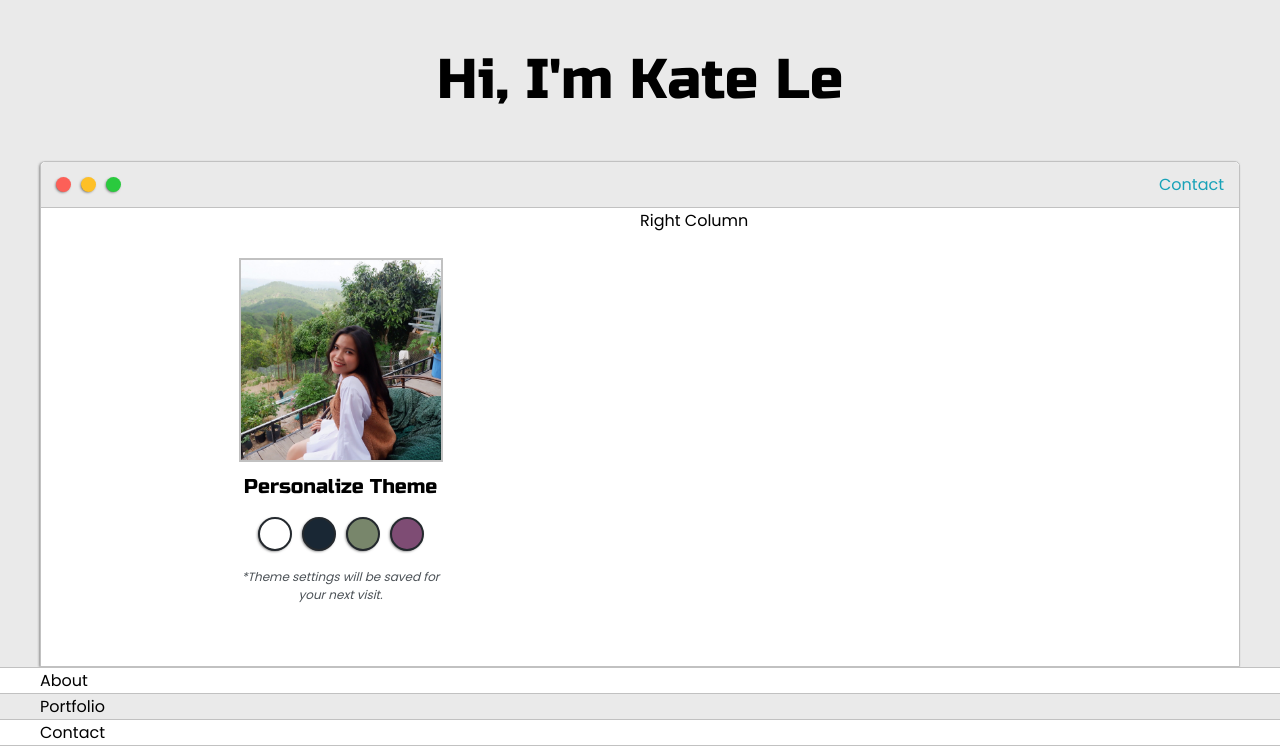
Repository: kate30980/my-persponal-website
Page: index.html
These files come from the project's save history. The page is drawn as it stood at one moment and after the next save; the edit follows.
The browser window is 1280 px wide. The pictures show the whole page.

Above is the page before, as saved 2021-08-26 21:25:10.

After the next save:
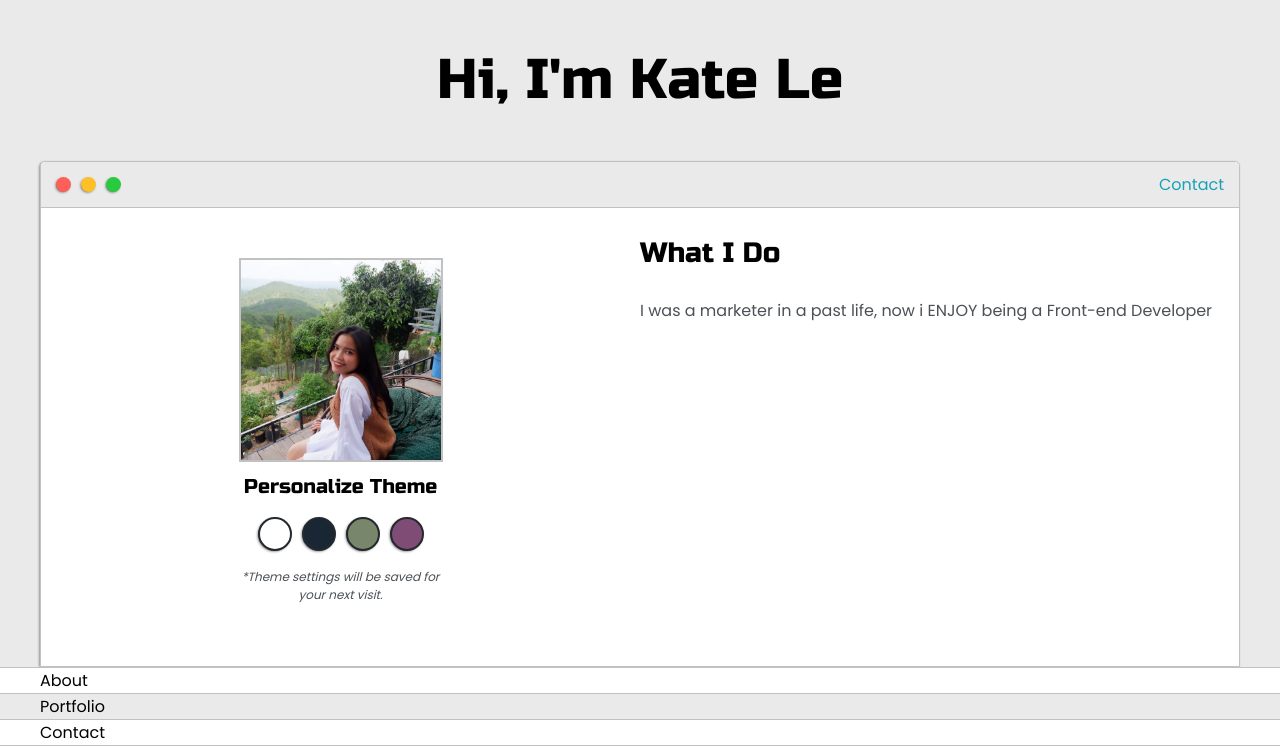
Saved 2 min 12 s later.
--- a/index.html
+++ b/index.html
@@ -50,7 +50,10 @@
                     <p id="settings-note">*Theme settings will be saved for <br> your next visit.</p>
                 </div>
                 <div class="right-column">
-                    Right Column
+                    <div id="preview">
+                        <h3>What I Do</h3>
+                        <p>I was a marketer in a past life, now i ENJOY being a Front-end Developer</p>
+                    </div>
                 </div>
             </div>
 
